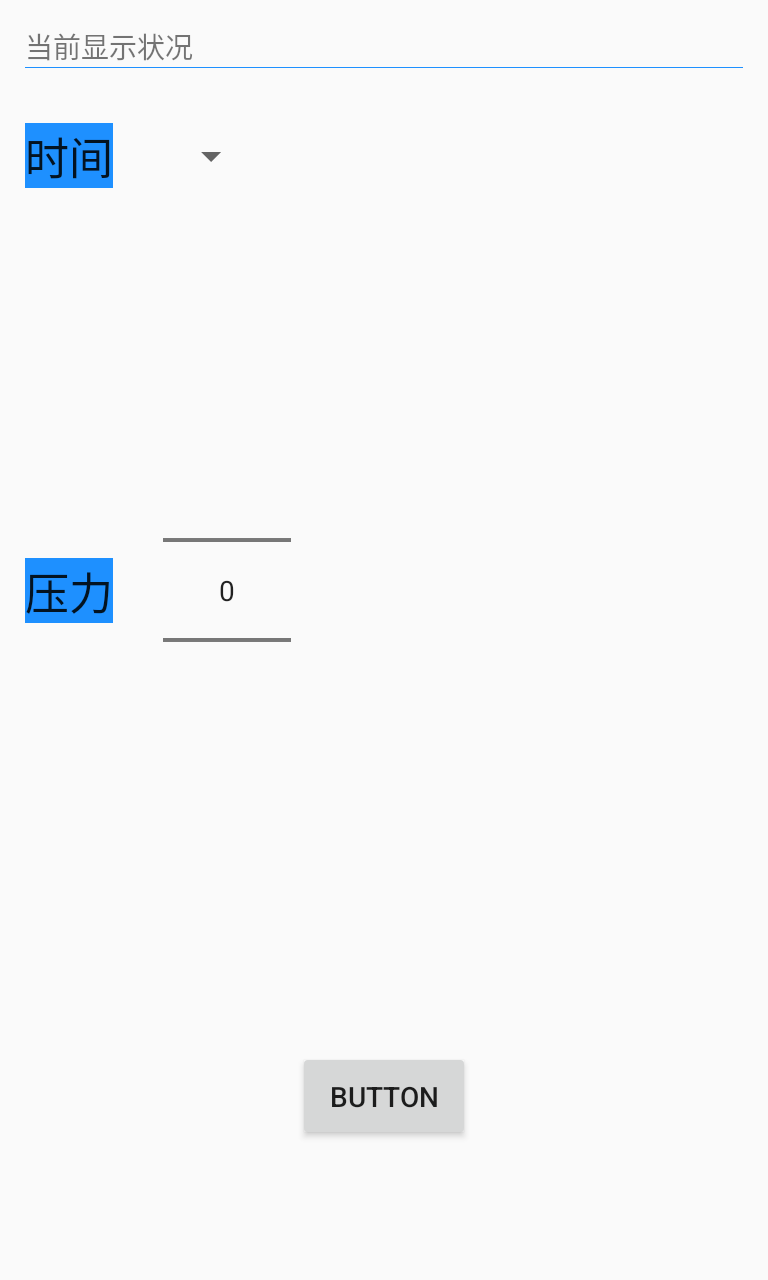
Repository: mimimy/MassagePro
Layout: BLE-Version/MassageTool/res/layout/base_pager.xml
An editor plug-in stored every save of this project. The layout is shown before and after the next save, followed by the edit.
It is drawn on a 768 x 1280 px phone screen (xhdpi) without system bars, with theme AppTheme; the app's code is not run.

Above is the layout before, as saved 2018-07-29 03:31:35.

### BLE-Version/MassageTool/res/layout/base_pager.xml
<LinearLayout xmlns:android="http://schemas.android.com/apk/res/android"
    xmlns:tools="http://schemas.android.com/tools"
    android:layout_width="match_parent"
    android:padding="25px"
    android:layout_height="fill_parent"
    android:orientation="vertical" >

    <TextView
        android:id="@+id/tv_show"
        android:layout_width="match_parent"
        android:layout_height="wrap_content"
        android:layout_gravity="center_vertical"
        android:text="当前显示状况" />
      <TextView
        android:background="#1E90FF"
        android:layout_width="fill_parent"
        android:layout_height="1px"/>

    <LinearLayout
        android:layout_width="match_parent"
        android:layout_height="wrap_content"
        android:orientation="horizontal"
        android:gravity="center_vertical"
        android:layout_weight="1">

        <TextView
            android:id="@+id/textView2"
            android:layout_width="wrap_content"
            android:layout_height="wrap_content"
            android:background="#1E90FF"
            android:textAppearance="?android:attr/textAppearanceLarge"
            android:text="时间" />

        <Spinner
            android:id="@+id/spinner_time"
            android:layout_marginLeft="50px"
            android:layout_width="wrap_content"
            android:layout_height="wrap_content"/>
    </LinearLayout>

    <LinearLayout
        android:layout_width="match_parent"
        android:layout_height="wrap_content"
        android:orientation="horizontal"
        android:gravity="center_vertical"
        android:layout_weight="3">


        <TextView
            android:id="@+id/textView3"
            android:background="#1E90FF"
            android:layout_width="wrap_content"
            android:layout_height="wrap_content"
            android:textAppearance="?android:attr/textAppearanceLarge"
            android:text="压力" />

        <NumberPicker
            android:id="@+id/picker_pressure"
            android:layout_marginLeft="50px"
            android:layout_width="wrap_content"
            android:layout_height="wrap_content" />
    </LinearLayout>

    <LinearLayout
        android:layout_width="fill_parent"
        android:layout_height="wrap_content"
        android:gravity="center"
        android:layout_weight="2">

        <Button
            android:id="@+id/btn_click"
            android:layout_width="wrap_content"
            android:layout_height="wrap_content"
            android:text="Button" />

    </LinearLayout>

</LinearLayout>

### BLE-Version/MassageTool/res/values/styles.xml
<resources>

    <!--
        Base application theme, dependent on API level. This theme is replaced
        by AppBaseTheme from res/values-vXX/styles.xml on newer devices.
    -->
    <style name="AppBaseTheme" parent="android:Theme.Light">
        <!--
            Theme customizations available in newer API levels can go in
            res/values-vXX/styles.xml, while customizations related to
            backward-compatibility can go here.
        -->
    </style>

    <!-- Application theme. -->
    <style name="AppTheme" parent="AppBaseTheme">
        <!-- All customizations that are NOT specific to a particular API-level can go here. -->

    </style>

     <style name="OverflowStyle">
         <item name="android:src">@drawable/blooth</item>
         <item name="android:actionOverflowButtonStyle">@style/OverflowStyle</item>
      </style>
</resources>

Loaded but not shown: BLE-Version/MassageTool/res/values-v11/styles.xml (common file); BLE-Version/MassageTool/res/values-v14/styles.xml (common file)

After the next save:
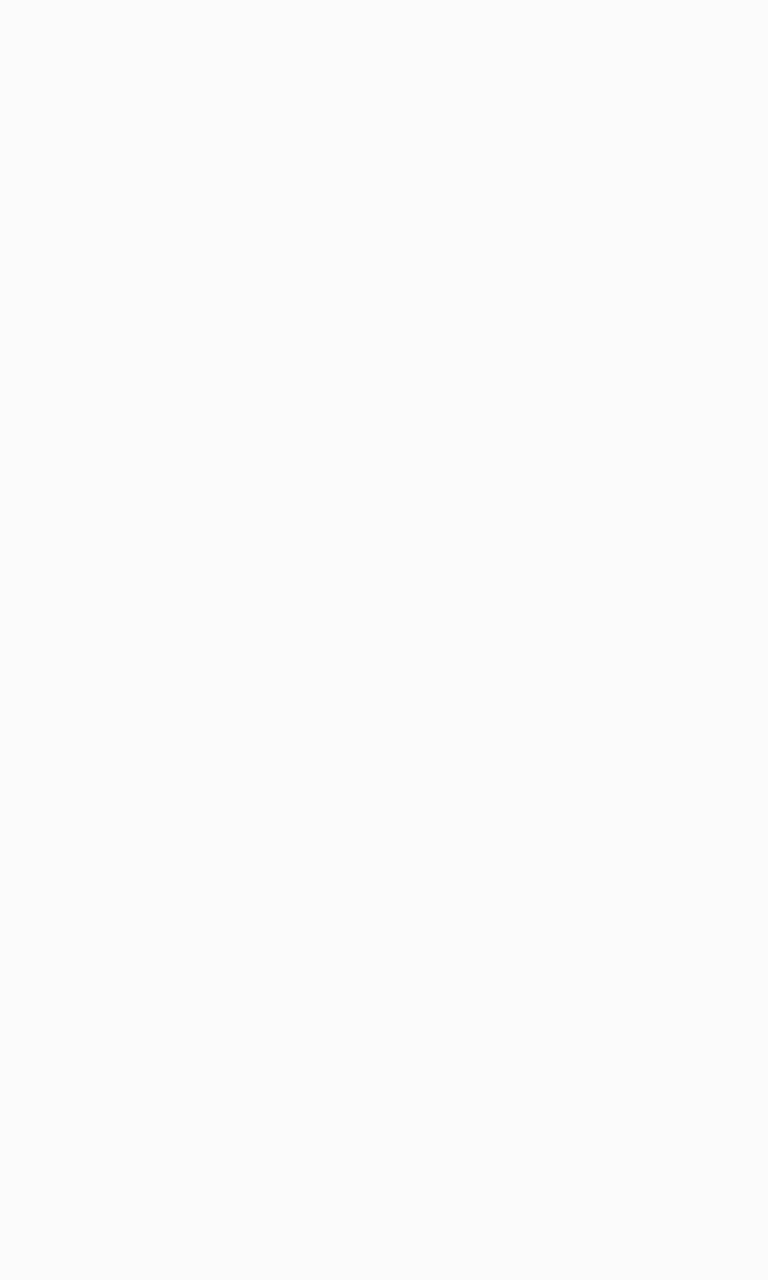
Saved 4 min 51 s later.
--- a/BLE-Version/MassageTool/res/layout/base_pager.xml
+++ b/BLE-Version/MassageTool/res/layout/base_pager.xml
@@ -5,74 +5,11 @@
     android:layout_height="fill_parent"
     android:orientation="vertical" >
 
-    <TextView
-        android:id="@+id/tv_show"
+    <FrameLayout
+        android:id="@+id/fl_content"
         android:layout_width="match_parent"
-        android:layout_height="wrap_content"
-        android:layout_gravity="center_vertical"
-        android:text="当前显示状况" />
-      <TextView
-        android:background="#1E90FF"
-        android:layout_width="fill_parent"
-        android:layout_height="1px"/>
-
-    <LinearLayout
-        android:layout_width="match_parent"
-        android:layout_height="wrap_content"
-        android:orientation="horizontal"
-        android:gravity="center_vertical"
-        android:layout_weight="1">
-
-        <TextView
-            android:id="@+id/textView2"
-            android:layout_width="wrap_content"
-            android:layout_height="wrap_content"
-            android:background="#1E90FF"
-            android:textAppearance="?android:attr/textAppearanceLarge"
-            android:text="时间" />
-
-        <Spinner
-            android:id="@+id/spinner_time"
-            android:layout_marginLeft="50px"
-            android:layout_width="wrap_content"
-            android:layout_height="wrap_content"/>
-    </LinearLayout>
-
-    <LinearLayout
-        android:layout_width="match_parent"
-        android:layout_height="wrap_content"
-        android:orientation="horizontal"
-        android:gravity="center_vertical"
-        android:layout_weight="3">
-
-
-        <TextView
-            android:id="@+id/textView3"
-            android:background="#1E90FF"
-            android:layout_width="wrap_content"
-            android:layout_height="wrap_content"
-            android:textAppearance="?android:attr/textAppearanceLarge"
-            android:text="压力" />
-
-        <NumberPicker
-            android:id="@+id/picker_pressure"
-            android:layout_marginLeft="50px"
-            android:layout_width="wrap_content"
-            android:layout_height="wrap_content" />
-    </LinearLayout>
-
-    <LinearLayout
-        android:layout_width="fill_parent"
-        android:layout_height="wrap_content"
-        android:gravity="center"
-        android:layout_weight="2">
-
-        <Button
-            android:id="@+id/btn_click"
-            android:layout_width="wrap_content"
-            android:layout_height="wrap_content"
-            android:text="Button" />
-
-    </LinearLayout>
+        android:layout_height="0dp"
+        android:layout_weight="1" >
+    </FrameLayout>
 
 </LinearLayout>

After the save that followed:
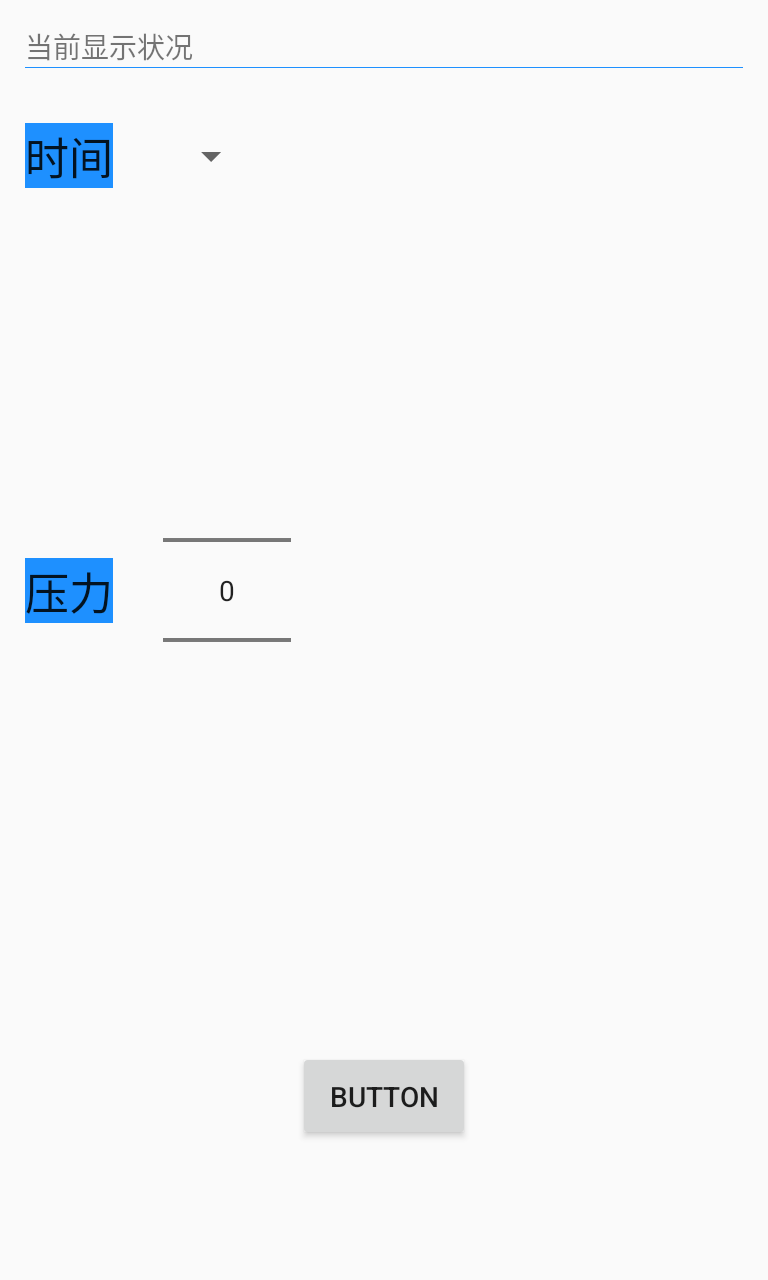
Saved 90 s later.
--- a/BLE-Version/MassageTool/res/layout/base_pager.xml
+++ b/BLE-Version/MassageTool/res/layout/base_pager.xml
@@ -5,11 +5,74 @@
     android:layout_height="fill_parent"
     android:orientation="vertical" >
 
-    <FrameLayout
-        android:id="@+id/fl_content"
+    <TextView
+        android:id="@+id/tv_show"
         android:layout_width="match_parent"
-        android:layout_height="0dp"
-        android:layout_weight="1" >
-    </FrameLayout>
+        android:layout_height="wrap_content"
+        android:layout_gravity="center_vertical"
+        android:text="当前显示状况" />
+      <TextView
+        android:background="#1E90FF"
+        android:layout_width="fill_parent"
+        android:layout_height="1px"/>
+
+    <LinearLayout
+        android:layout_width="match_parent"
+        android:layout_height="wrap_content"
+        android:orientation="horizontal"
+        android:gravity="center_vertical"
+        android:layout_weight="1">
+
+        <TextView
+            android:id="@+id/textView2"
+            android:layout_width="wrap_content"
+            android:layout_height="wrap_content"
+            android:background="#1E90FF"
+            android:textAppearance="?android:attr/textAppearanceLarge"
+            android:text="时间" />
+
+        <Spinner
+            android:id="@+id/spinner_time"
+            android:layout_marginLeft="50px"
+            android:layout_width="wrap_content"
+            android:layout_height="wrap_content"/>
+    </LinearLayout>
+
+    <LinearLayout
+        android:layout_width="match_parent"
+        android:layout_height="wrap_content"
+        android:orientation="horizontal"
+        android:gravity="center_vertical"
+        android:layout_weight="3">
+
+
+        <TextView
+            android:id="@+id/textView3"
+            android:background="#1E90FF"
+            android:layout_width="wrap_content"
+            android:layout_height="wrap_content"
+            android:textAppearance="?android:attr/textAppearanceLarge"
+            android:text="压力" />
+
+        <NumberPicker
+            android:id="@+id/picker_pressure"
+            android:layout_marginLeft="50px"
+            android:layout_width="wrap_content"
+            android:layout_height="wrap_content" />
+    </LinearLayout>
+
+    <LinearLayout
+        android:layout_width="fill_parent"
+        android:layout_height="wrap_content"
+        android:gravity="center"
+        android:layout_weight="2">
+
+        <Button
+            android:id="@+id/btn_click"
+            android:layout_width="wrap_content"
+            android:layout_height="wrap_content"
+            android:text="Button" />
+
+    </LinearLayout>
 
 </LinearLayout>
